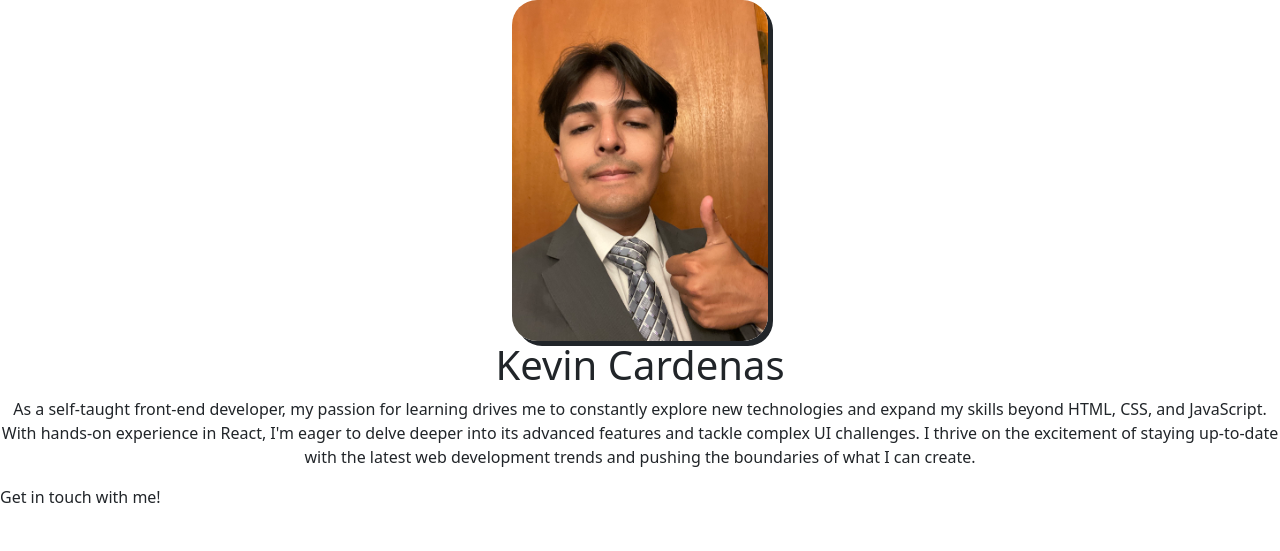
Repository: elqueben/elqueben.github.io
Page: public/index.html
These files come from the project's save history. The page is drawn as it stood at one moment and after the next save; the edit follows.
The browser window is 1280 px wide. The pictures show the whole page.

Above is the page before, as saved 2023-06-20 11:51:30.

### public/index.html
<!DOCTYPE html>
<html lang="en">
<head>
  <meta charset="UTF-8">
  <meta name="viewport" content="width=device-width, initial-scale=1.0">
  <link rel="stylesheet" href="https://cdn.jsdelivr.net/npm/bootstrap@5.2.3/dist/css/bootstrap.min.css" integrity="sha384-rbsA2VBKQhggwzxH7pPCaAqO46MgnOM80zW1RWuH61DGLwZJEdK2Kadq2F9CUG65" crossorigin="anonymous">
  <link rel="stylesheet" href="styles.css">
  <title>elqueben</title>
</head>
<body>
  <div>
    <img id="pfp" src="me.jpg" />
  </div>
  <h1 class="text-center">Kevin Cardenas</h1>
  <p class="text-center">As a self-taught front-end developer, my passion for learning drives me to constantly explore new technologies and expand my skills beyond HTML, CSS, and JavaScript. With hands-on experience in React, I'm eager to delve deeper into its advanced features and tackle complex UI challenges. I thrive on the excitement of staying up-to-date with the latest web development trends and pushing the boundaries of what I can create.</p>
  <div>
    <p>Get in touch with me!</h3>
  </div>
</body>
</html>

### public/styles.css
#pfp {
    width: 20%;
    display: block;
    margin: 0 auto;
    border: 2px;
    border-radius: 25px;
    box-shadow: 5px 5px;
  }

After the next save:
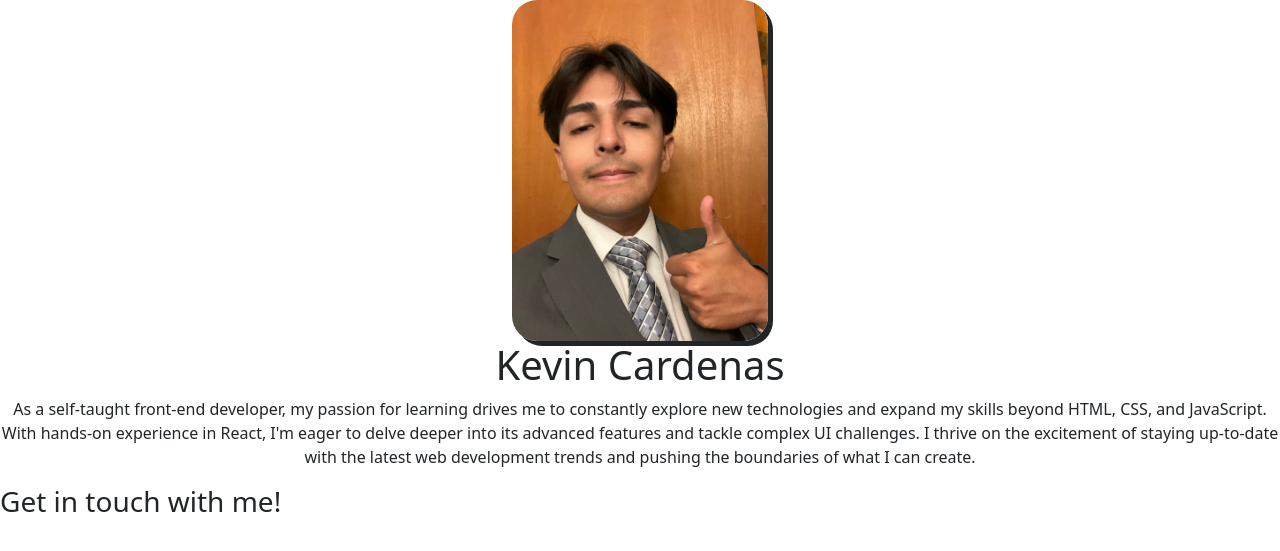
Saved 4 s later.
--- a/public/index.html
+++ b/public/index.html
@@ -14,7 +14,7 @@
   <h1 class="text-center">Kevin Cardenas</h1>
   <p class="text-center">As a self-taught front-end developer, my passion for learning drives me to constantly explore new technologies and expand my skills beyond HTML, CSS, and JavaScript. With hands-on experience in React, I'm eager to delve deeper into its advanced features and tackle complex UI challenges. I thrive on the excitement of staying up-to-date with the latest web development trends and pushing the boundaries of what I can create.</p>
   <div>
-    <p>Get in touch with me!</h3>
+    <h3>Get in touch with me!</h3>
   </div>
 </body>
 </html>
